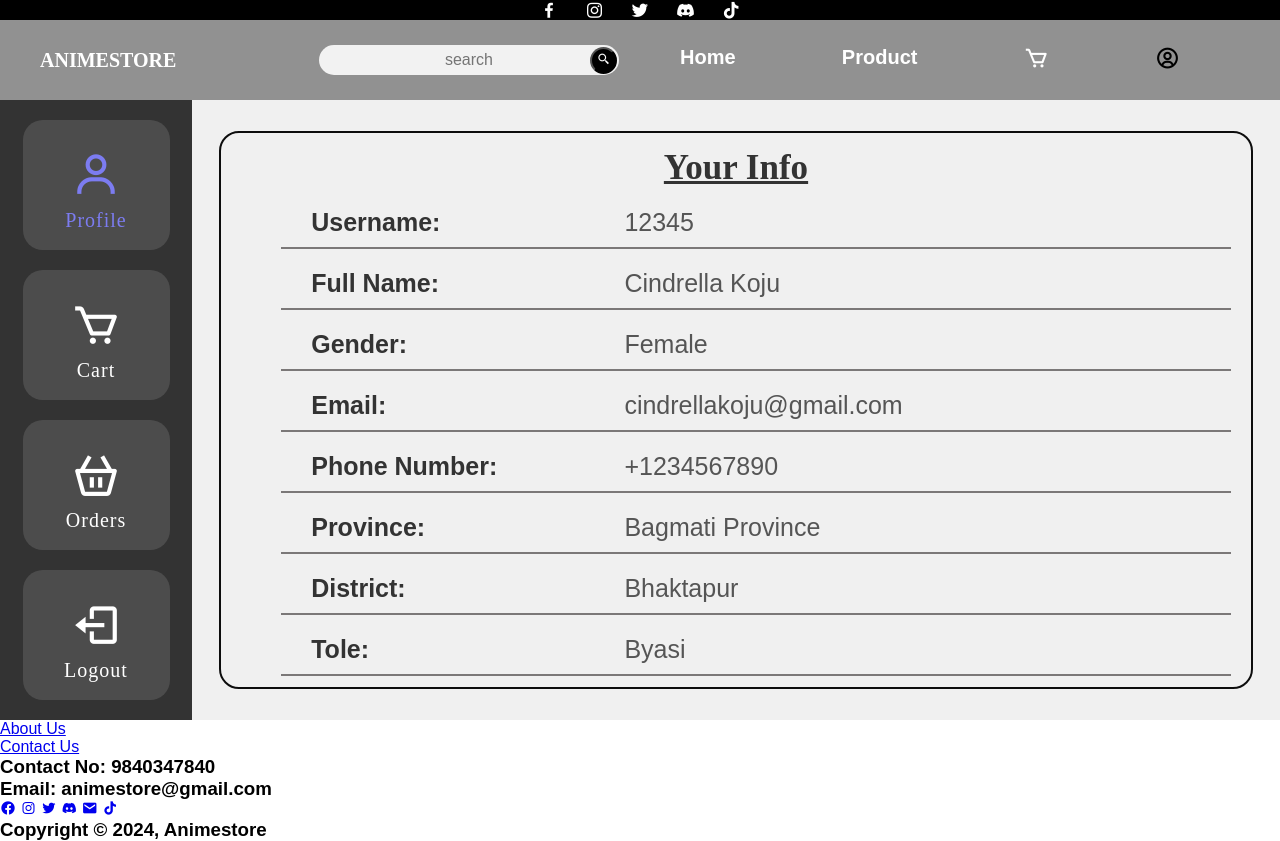
Repository: cindrellakoju/Animestore
Page: html css/withlogin/profile.html
An editor plug-in stored every save of this project. The page is shown before and after the next save, followed by the edit.
The browser window is 1280 px wide. The pictures show the whole page.
An inner scrolling area shows only its first screen.

Above is the page before, as saved 2024-04-07 02:45:40.

After the next save:
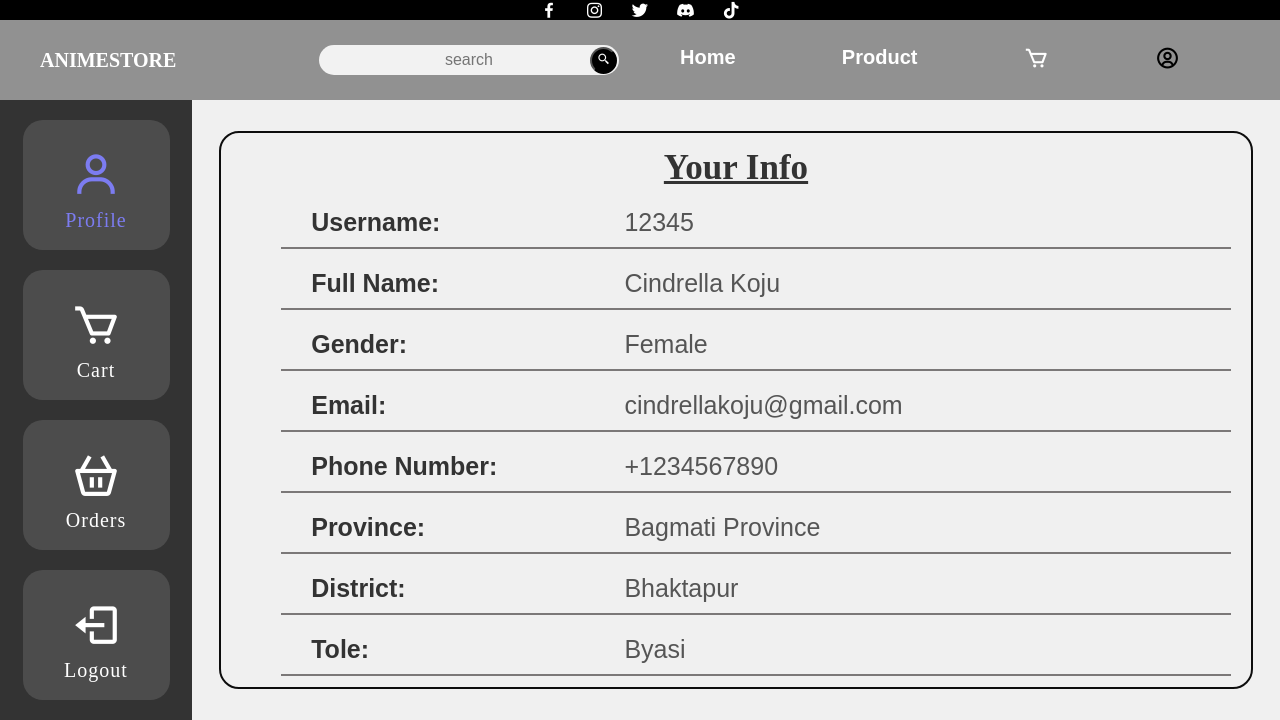
Saved 97 s later.
--- a/html css/withlogin/profile.html
+++ b/html css/withlogin/profile.html
@@ -94,30 +94,5 @@
       </div>
     </div>
   </div>
-  <footer>
-    <div class="footer">
-        <div class="data">
-            <div class="info">
-                <a href="#">About Us</a><br>
-                <a href="#">Contact Us</a>
-                <h3>Contact No: 9840347840</h3>
-                <h3>Email: animestore@gmail.com</h3>
-            </div>
-            <div class="connect-us">
-                <div class="icons">
-                    <a href="#" class="facebook" target="_blank"><i class='bx bxl-facebook-circle'></i></a>
-                    <a href="#" class="instagram" target="_blank"><i class='bx bxl-instagram' ></i></a>
-                    <a href="#" class="twitter" target="_blank"><i class='bx bxl-twitter' ></i></a>
-                    <a href="#" class="discord" target="_blank"><i class='bx bxl-discord-alt' ></i></a>
-                    <a href="#" class="email" target="_blank"><i class='bx bxs-envelope' ></i></a>
-                    <a href="#" class="tiktok" target="_blank"><i class='bx bxl-tiktok' ></i></a>
-                </div>
-            </div>
-        </div>
-        <div class="copyright">
-            <h3>Copyright © 2024, Animestore</h3>
-        </div>
-    </div>
-</footer>
 </body>
 </html>
